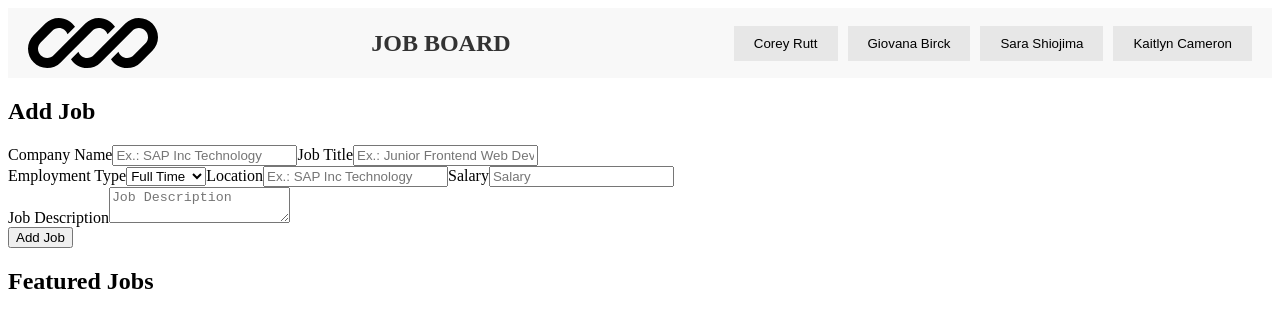
Repository: kcameron37/Final-Project-FrontEnd
Page: /
The author's editor kept a copy of each file at every save. The page is drawn from the files as they stood at one save, then again after the next save.
The browser window is 1280 px wide. The pictures show the whole page.
The project was rebuilt for these pictures with package versions that can differ from the ones it lists, and the page was loaded fresh each time.

Above is the page before, as saved 2023-11-14 19:44:28.

### src/App.js
import React, { useState } from 'react';

import JobList from './components/JobList.js';
import AddJob from './components/AddJob.js';
import NavBar from './components/NavBar.js';


export default function App() {
  const [jobs, setJobs] = useState([]);

  const addJob = (job) => {
    setJobs([...jobs, job]);
  };

  const deleteJob = (index) => {
    const newJobs = jobs.filter((_, idx) => idx !== index);
    setJobs(newJobs);
  };

  return (
    <div className="App">
      <NavBar />
      <AddJob addJob={addJob} />
      <JobList jobs={jobs} deleteJob={deleteJob} />
    </div>
  );
}

### src/components/JobList.js
import React from 'react';

export default function JobList({ jobs, deleteJob }) {
  return (
    <div>
      <h2>Featured Jobs</h2>
      {
        jobs.map((job, index) => (
            <div key={index} className="job-item">
              <h3>{job.jobTitle}</h3>
              <button onClick={() => console.log('Make Edit Do Something')}>Edit</button>
              <button onClick={() => deleteJob(index)}>Delete</button>
              <p>{job.companyName} • {job.employment} • {job.location} • {job.salary}</p>
              <p>{job.description}</p>
              <hr />
            </div>
        ))
      }
    </div>
  );
}

### src/components/AddJob.js
import React, { useState } from 'react';


export default function AddJob({ addJob }) {

    const [job, setJob] = useState({
        companyName: '',
        jobTitle: '',
        employment: 'Full Time',
        location: '',
        salary: '',
        description: ''
    });

    const handleSubmit = (e) => {
        e.preventDefault();
        addJob(job);
        setJob({ companyName: '', jobTitle: '', employment: 'Full Time', location: '', salary: '', description: '' });
    }

    const handleChange = (e) => {
        setJob({ ...job, [e.target.name]: e.target.value });
    };

    return (
        <form onSubmit={handleSubmit}>
            <h2>Add Job</h2>
            <div>
                <label>Company Name</label>
                <input
                    type="text"
                    name="companyName"
                    value={job.companyName}
                    onChange={handleChange}
                    placeholder="Ex.: SAP Inc Technology"
                />

                <label>Job Title</label>
                <input
                    type="text"
                    name="jobTitle"
                    value={job.jobTitle}
                    onChange={handleChange}
                    placeholder="Ex.: Junior Frontend Web Developer"
                />
            </div>

            <div>
                <label>Employment Type</label>
                <select name="employment" value={job.employment} onChange={handleChange}>
                    <option value="Full Time">Full Time</option>
                    <option value="Part Time">Part Time</option>
                </select>

                <label>Location</label>
                <input
                    type="text"
                    name="location"
                    value={job.location}
                    onChange={handleChange}
                    placeholder="Ex.: SAP Inc Technology"
                />
                <label>Salary</label>
                <input
                    type="text"
                    name="salary"
                    value={job.salary}
                    onChange={handleChange}
                    placeholder="Salary"
                />
            </div>
            <div>
                <label>Job Description</label>
                <textarea
                    name="description"
                    value={job.description}
                    onChange={handleChange}
                    placeholder="Job Description"
                />
            </div>
            <button type="submit">Add Job</button>
        </form>
    );
}

### src/components/NavBar.js
import React from 'react';
import styles from './navBar.module.css'; // Import the CSS module

export default function NavBar() {
    return (
        <div className={styles.navBar}> {/* Use styles object to refer to your class */}
            <img src="/images/logo.svg" alt="Logo" />
            <h2>JOB BOARD</h2>
            <div>
                <button>Corey Rutt</button>
                <button>Giovana Birck</button>
                <button>Sara Shiojima</button>
                <button>Kaitlyn Cameron</button>
            </div>
        </div>
    );
}

### src/components/navBar.module.css
/* styles.css */

.navBar {
    background-color: #f8f8f8;
    padding: 10px 20px;
    display: flex;
    align-items: center;
    justify-content: space-between;
  }

  .navBar img {
    height: 50px; /* Adjust the size as needed */
  }

  .navBar h2 {
    margin: 0;
    padding: 0;
    font-size: 24px;
    color: #333;
  }

  .navBar button {
    background-color: #e7e7e7;
    border: none;
    padding: 10px 20px;
    margin-left: 10px;
    cursor: pointer;
    transition: background-color 0.3s;
  }

  .navBar button:hover {
    background-color: #d7d7d7;
  }

Loaded but not shown: public/index.html (common file); src/index.js (common file)

After the next save:
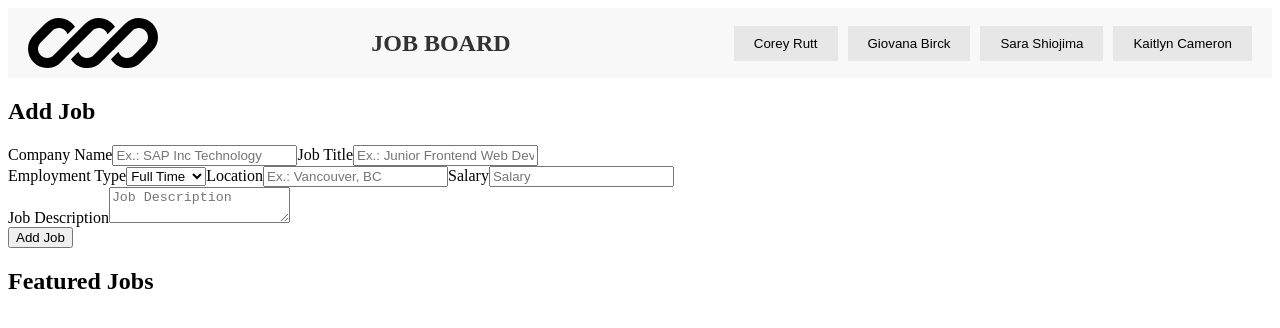
Saved 4 s later.
--- a/src/components/AddJob.js
+++ b/src/components/AddJob.js
@@ -58,7 +58,7 @@ export default function AddJob({ addJob }) {
                     name="location"
                     value={job.location}
                     onChange={handleChange}
-                    placeholder="Ex.: SAP Inc Technology"
+                    placeholder="Ex.: Vancouver, BC"
                 />
                 <label>Salary</label>
                 <input
